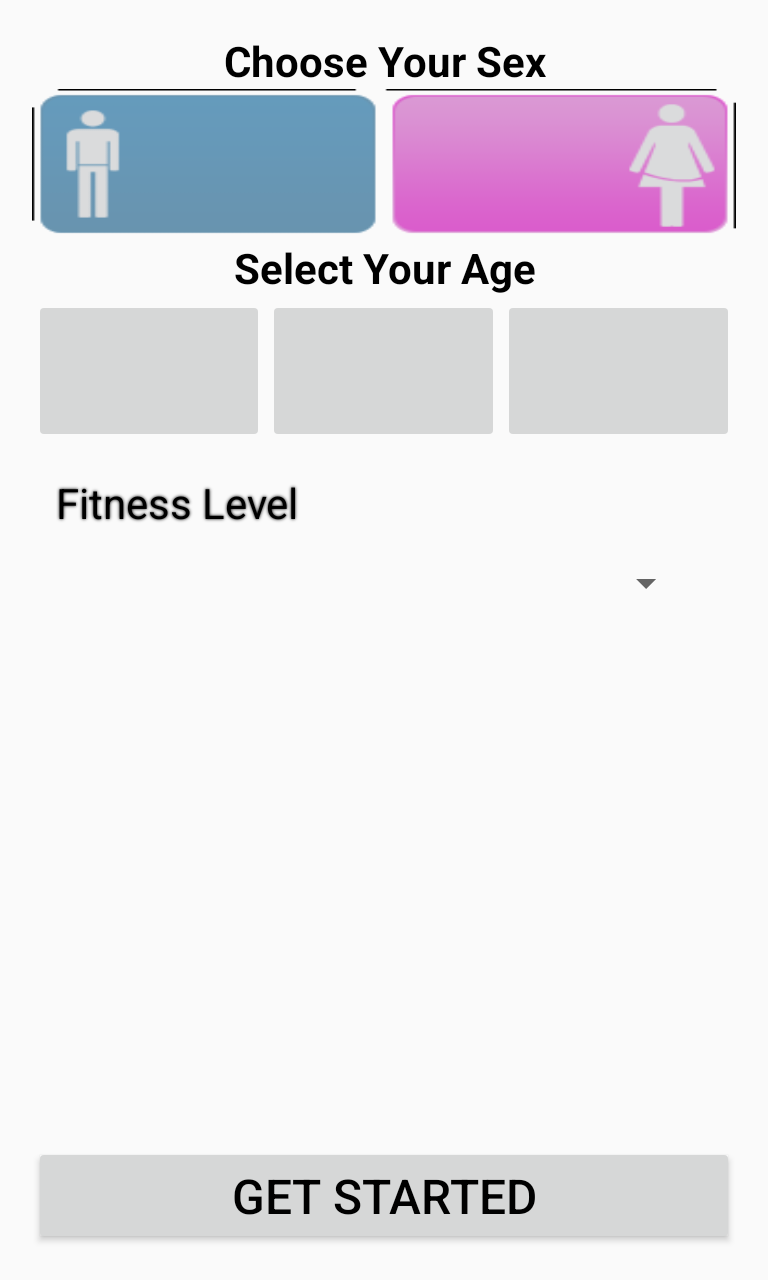
Repository: hackathon-2014/devdroid-repo
Layout: HealthyCompetition/res/layout/profile.xml
An editor plug-in stored every save of this project. The layout is shown before and after the next save, followed by the edit.
It is drawn on a 768 x 1280 px phone screen (xhdpi) without system bars, with theme AppTheme; the app's code is not run.

Above is the layout before, as saved 2014-08-24 00:35:06.

After the next save:
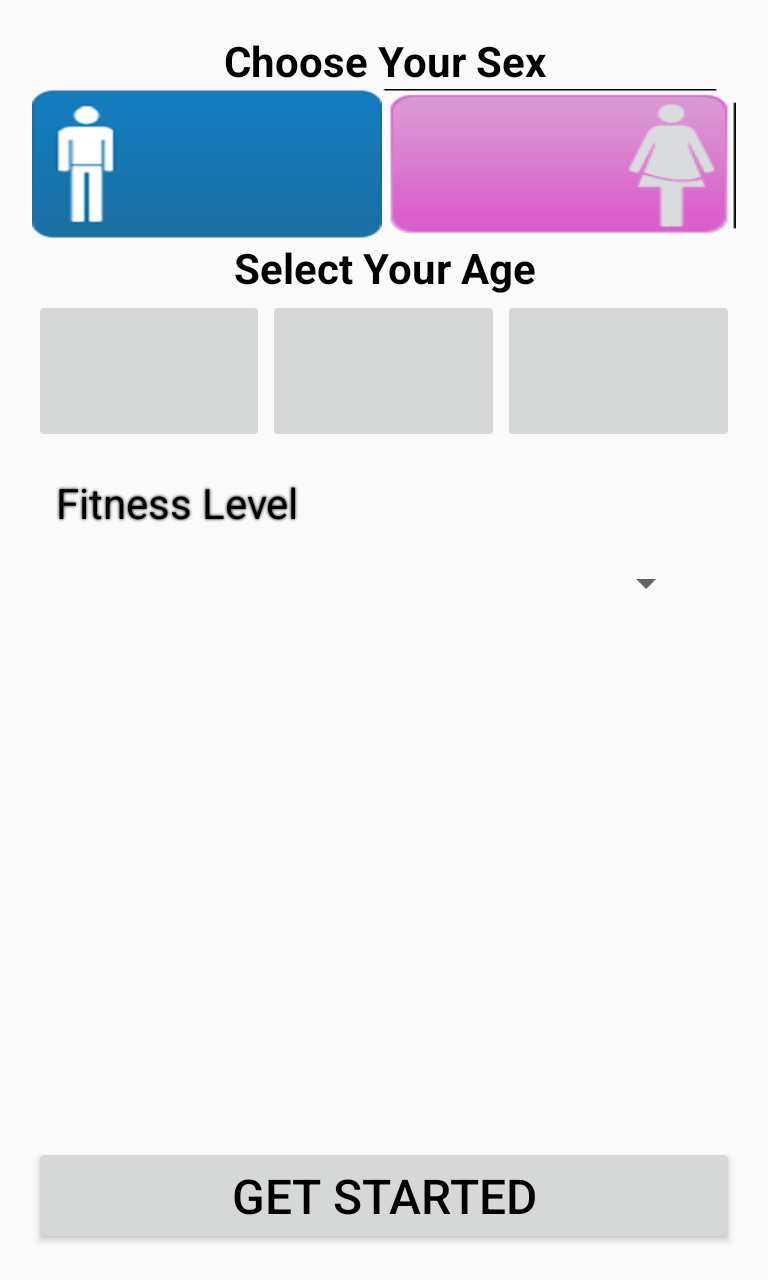
Saved 4 min 35 s later.
--- a/HealthyCompetition/res/layout/profile.xml
+++ b/HealthyCompetition/res/layout/profile.xml
@@ -32,7 +32,7 @@
             android:layout_width="wrap_content"
             android:layout_height="75dp"
             android:layout_weight="1"
-            android:background="@drawable/male_button_inactive9" />
+            android:background="@drawable/male_button" />
 
         <ImageButton
             android:id="@+id/female_button"
